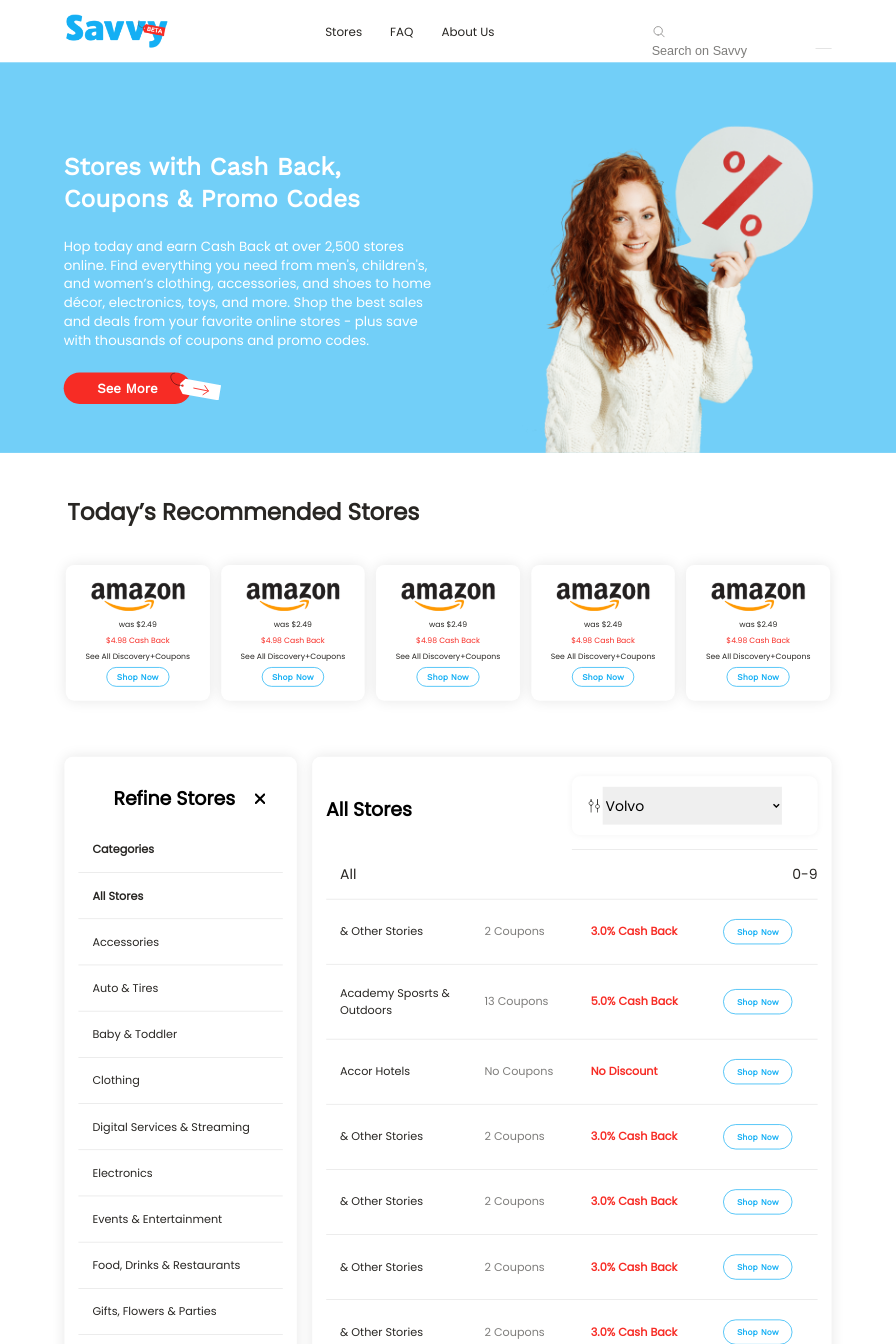
Repository: Gayane07/savvy
Page: index.html
An editor plug-in stored every save of this project. The page is shown before and after the next save, followed by the edit.
The browser window is 1280 px wide. The pictures show the part of the page from y = 0 to 1920 px (the page is 4736 px tall), at 70% of full size.

Above is the page before, as saved 2022-05-31 10:26:21.
Console error: SyntaxError: missing ) after argument list

After the next save:
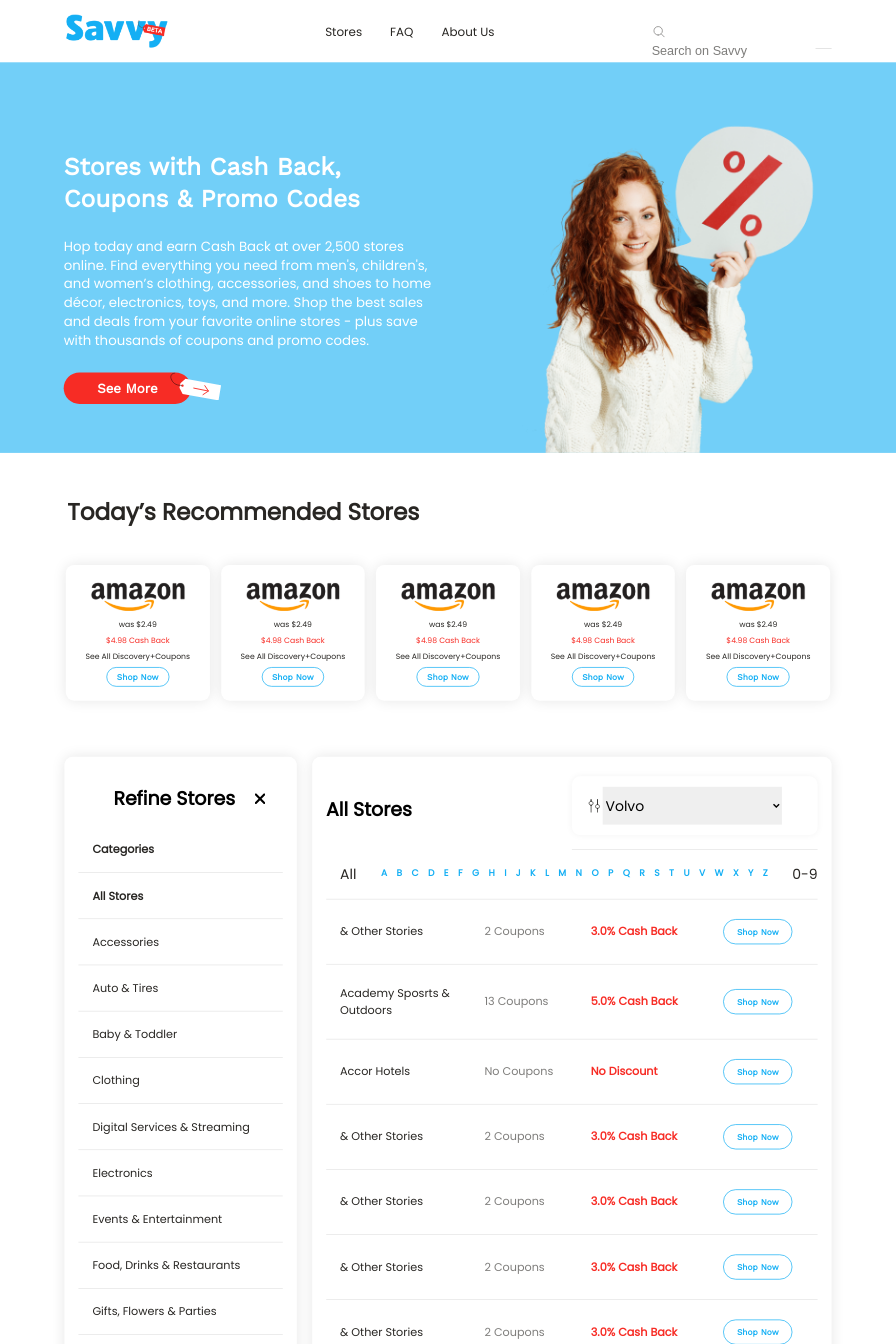
The error is gone.
Saved 5 s later.
--- a/index.html
+++ b/index.html
@@ -343,7 +343,7 @@
         <p>© Savvy 2018 - 2022</p>
     </div>
     <script>
-        const wr_content_burger = document.
+        const wr_content_burger = document.g
         for (i = 0; i < 26; i++) {
             var li = document.createElement("li");
             li.innerHTML = (i+10).toString(36) + " ";
